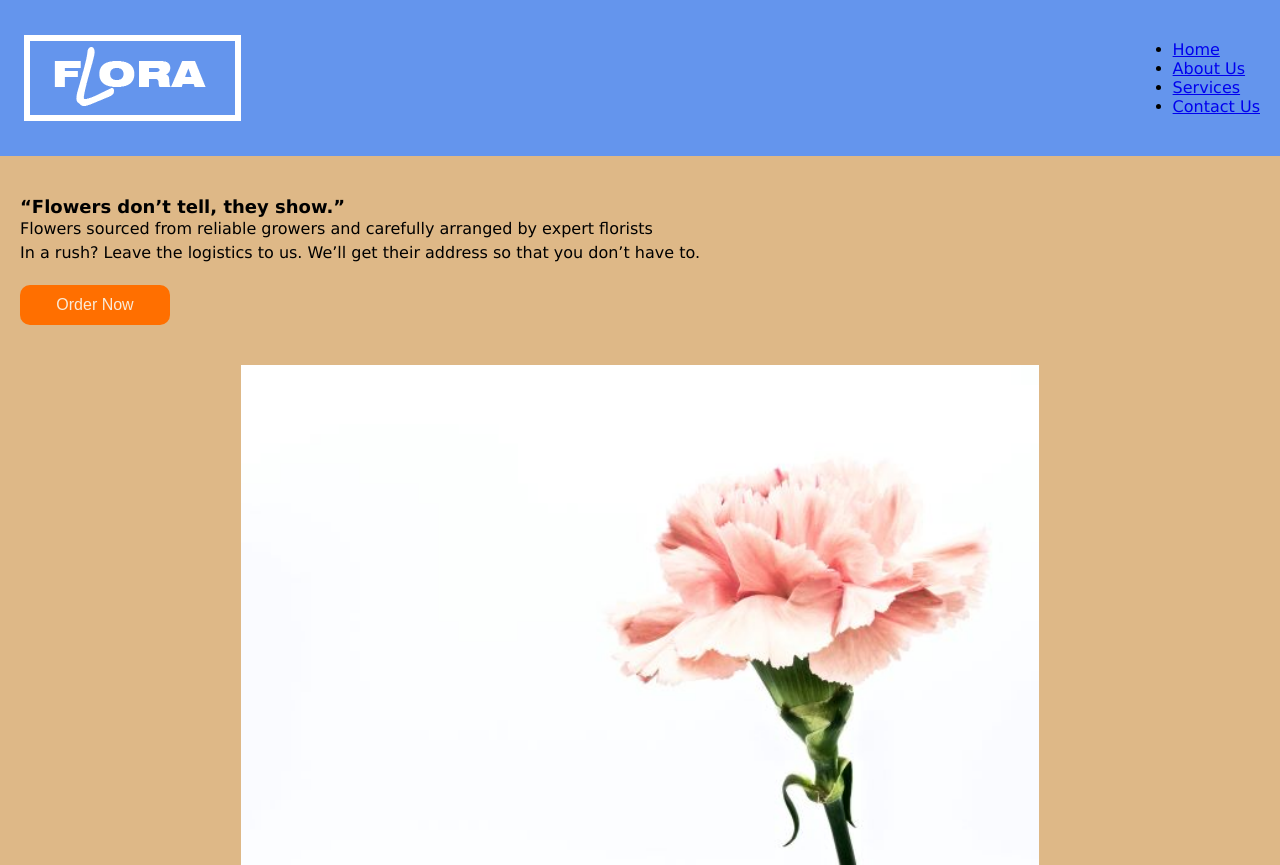
Repository: SaadYasin/test003-flex-box
Page: index.html
An editor plug-in stored every save of this project. The page is shown before and after a run of saves, followed by the edit.
The browser window is 1280 px wide. The pictures show the whole page.

Above is the page before, as saved 2022-10-30 14:45:03.

After the next 6 saves:
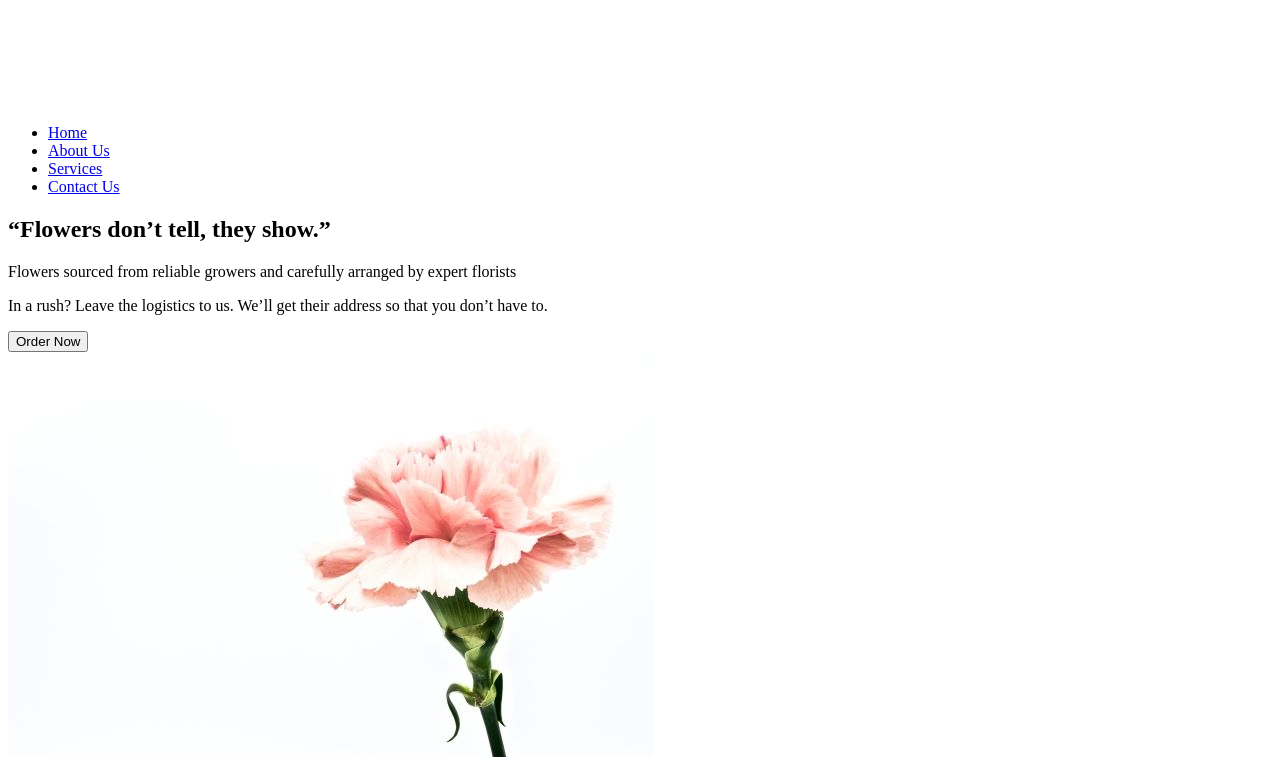
The 6 saves are shown as one change because they came seconds apart.
The last was saved 60 s later.
--- a/style.css
+++ b/style.css
@@ -1,98 +1,3 @@
-* {
-  padding: 0;
-  margin: 0;
-  box-sizing: border-box;
+body {
+  background:
 }
-
-body {
-  font-family: Verdana, Geneva, Tahoma, sans-serif;
-  background: burlywood;
-}
-
-.header-container {
-  display: flex;
-  justify-content: space-between;
-  padding: 30px 20px;
-  align-items: center;
-  background: cornflowerblue;
-}
-
-.logo {
-  color: rgb(7, 10, 102);
-  border-top: 3px solid white;
-  border-bottom: 3px solid white;
-}
-
-ul {
-  /* list-style: none; */
-  float: right;
-}
-
-/* li {
-  display: inline;
-    font-weight: bold;
-    color: aliceblue;
-    list-style-type: none;
-    margin-left: 20px;
-    cursor: pointer;
-} */
-
-.home, .about, .projects, .contact {
-  display: inline;
-  font-weight: bold;
-  color: aliceblue;
-  /* list-style: none; */
-  margin-left: 20px;
-  cursor: pointer;
-}
-
-li:hover {
-  color: red;
-}
-
-.main-container {
-  background: white;
-  display: flex;
-  align-items: center;
-  justify-content: center;
-}
-
-.hero-text {
-  font-size: 12px;
-  padding: 40px 20px;
-}
-
-.main-txt {
-  color: cornflowerblue;
-  margin-bottom: 30px;
-}
-
-.hero-text p {
-  font-size: 16px;
-  line-height: 1.5;
-  padding-right: 30px;
-}
-
-.hero-img {
-  display: flex;
-  height: 500px;
-  margin: auto;
-}
-
-button {
-  font-size: 16px;
-  color: antiquewhite;
-  background: rgb(255, 111, 0);
-  margin-top: 20px;
-  width: 150px;
-  height: 40px;
-  border-radius: 10px;
-  border: none;
-  outline: none;
-  cursor: pointer;
-}
-
-button:hover {
-  background: crimson;
-  font-weight: bold;
-}
